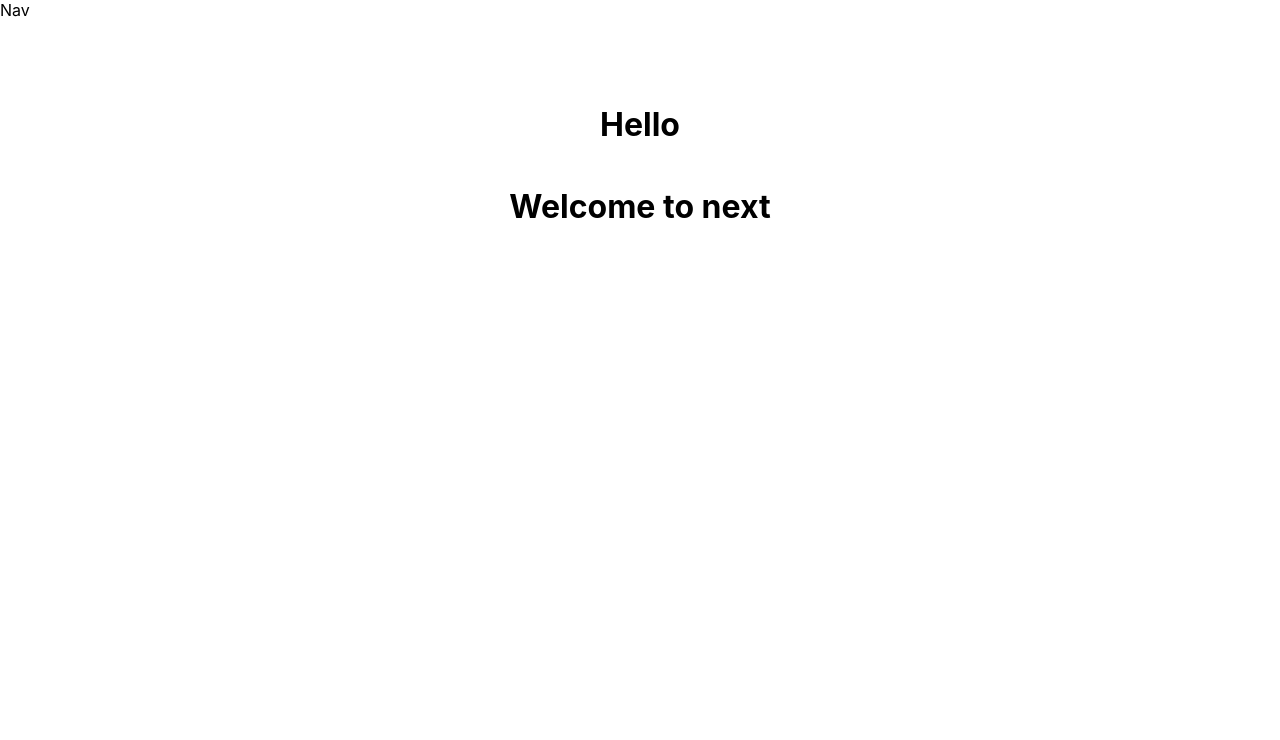
Repository: Bhanupratap02/Nextjs-practice
Page: /
These files come from the project's save history. The page is drawn as it stood at one moment and after a run of saves; the edit follows.
The browser window is 1280 px wide. The pictures show the whole page.
The project was rebuilt for these pictures with package versions that can differ from the ones it lists, and the page was loaded fresh each time. The framework's server and built-in components were replaced by stand-ins that run in the browser. Also part of the build but not shown: next.config.js, styles/Nav.module.css.

Above is the page before, as saved 2022-03-05 12:05:44.

### pages/_app.js
import Layout from '../components/Layout'

import '../styles/globals.css'

function MyApp({ Component, pageProps }) {
  return (
    <Layout>
  <Component {...pageProps} />
  </Layout>
  )
}

export default MyApp

### pages/index.js
import Head from 'next/head'
import { Fragment } from 'react'



export default function Home() {
  return (
    <Fragment>
      <Head>
        <title>webdev Newz</title>

      </Head>
      <h1>Welcome to next </h1>
    </Fragment>
  )
}

### components/Layout.js
import styles from "../styles/Layout.module.css"
import Nav from "./Nav"
const  Layout = ({children}) => {
   return (
       <>
       <Nav/>
     <div className={styles.container }>
     <main className={styles.main}>
         <h1>Hello</h1>
       {children}
     </main>
     </div>
     </>
   )
 }

 export default Layout

### styles/Layout.module.css
.container {
  padding: 0 2rem;
}

.main {
  min-height: 100vh;
  padding: 4rem 0;
  flex: 1;
  display: flex;
  flex-direction: column;
  justify-content: flex-start;
  align-items: center;
}

.footer {
  display: flex;
  flex: 1;
  padding: 2rem 0;
  border-top: 1px solid #eaeaea;
  justify-content: center;
  align-items: center;
  font-size: 1.25rem;
}

.footer a {
  display: flex;
  justify-content: center;
  align-items: center;
  flex-grow: 1;
}

.title a {
  color: #0070f3;
  text-decoration: none;
}

.title a:hover,
.title a:focus,
.title a:active {
  text-decoration: underline;
}

.title {
  margin: 0;
  line-height: 1.15;
  font-size: 4rem;
}

.title,
.description {
  text-align: center;
}

.description {
  margin: 4rem 0;
  line-height: 1.5;
  font-size: 1.5rem;
}

.code {
  background: #fafafa;
  border-radius: 5px;
  padding: 0.75rem;
  font-size: 1.1rem;
  font-family: Menlo, Monaco, Lucida Console, Liberation Mono, DejaVu Sans Mono,
    Bitstream Vera Sans Mono, Courier New, monospace;
}

.grid {
  display: flex;
  align-items: center;
  justify-content: center;
  flex-wrap: wrap;
  max-width: 800px;
}

.card {
  margin: 1rem;
  padding: 1.5rem;
  text-align: left;
  color: inherit;
  text-decoration: none;
  border: 1px solid #eaeaea;
  border-radius: 10px;
  transition: color 0.15s ease, border-color 0.15s ease;
  max-width: 300px;
}

.card:hover,
.card:focus,
.card:active {
  color: #0070f3;
  border-color: #0070f3;
}

.card h2 {
  margin: 0 0 1rem 0;
  font-size: 1.5rem;
}

.card p {
  margin: 0;
  font-size: 1.25rem;
  line-height: 1.5;
}

.logo {
  height: 1em;
  margin-left: 0.5rem;
}

@media (max-width: 600px) {
  .grid {
    width: 100%;
    flex-direction: column;
  }
}

### components/Nav.js

import React from 'react'

function Nav() {
  return (
    <div>Nav</div>
  )
}


 export default Nav
 import navStyles from "../styles/Nav.module.css"
import Link from "next/link"

Loaded but not shown: styles/globals.css (common file)

After the next 2 saves:
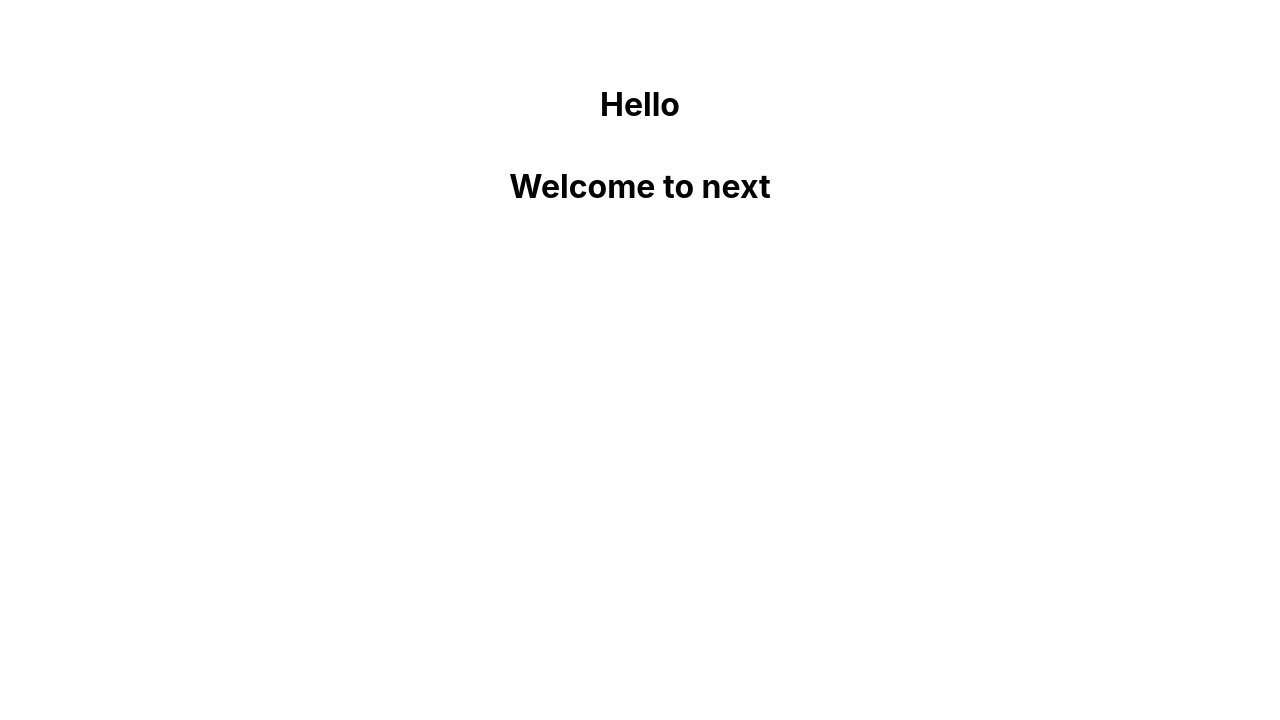
The 2 saves are shown as one change because they came seconds apart.
The last was saved 7 s later.
--- a/components/Nav.js
+++ b/components/Nav.js
@@ -3,7 +3,7 @@
 
 function Nav() {
   return (
-    <div>Nav</div>
+    <div></div>
   )
 }
 
